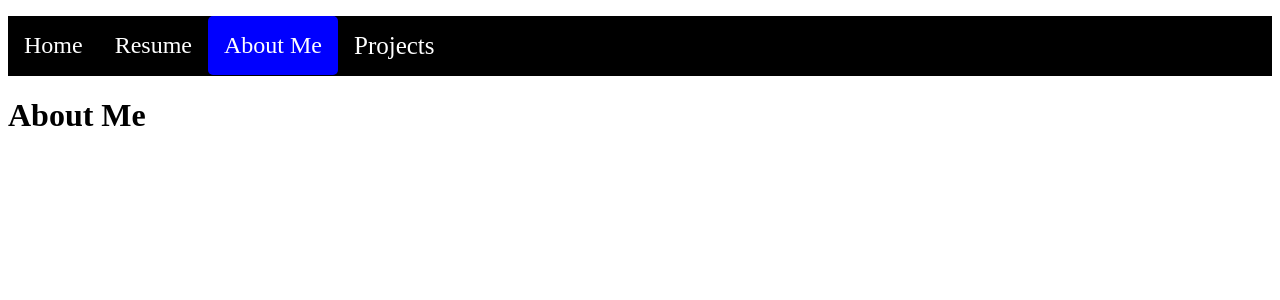
Repository: GunnarStone/GunnarStone.github.io
Page: aboutme.html
The author's editor kept a record of every edit. The page is drawn from the files as they stood at one moment, then again after the next edit.
The browser window is 1280 px wide. The pictures show the whole page.

Above is the page before.

After the next edit:
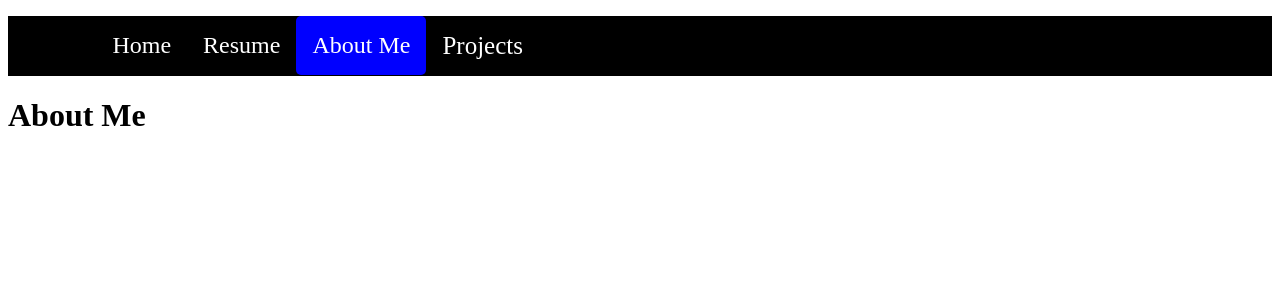
The edit:
--- a/aboutme.html
+++ b/aboutme.html
@@ -6,6 +6,7 @@
 </head>
 <body>
     <ul class=navbar>
+        <li id="me">Gunner Stone</li>
         <li><a href="index.html">Home</a></li>
         <li><a href="resume.html">Resume</a></li>
         <li class="active"><a href="aboutme.html">About Me</a></li>
